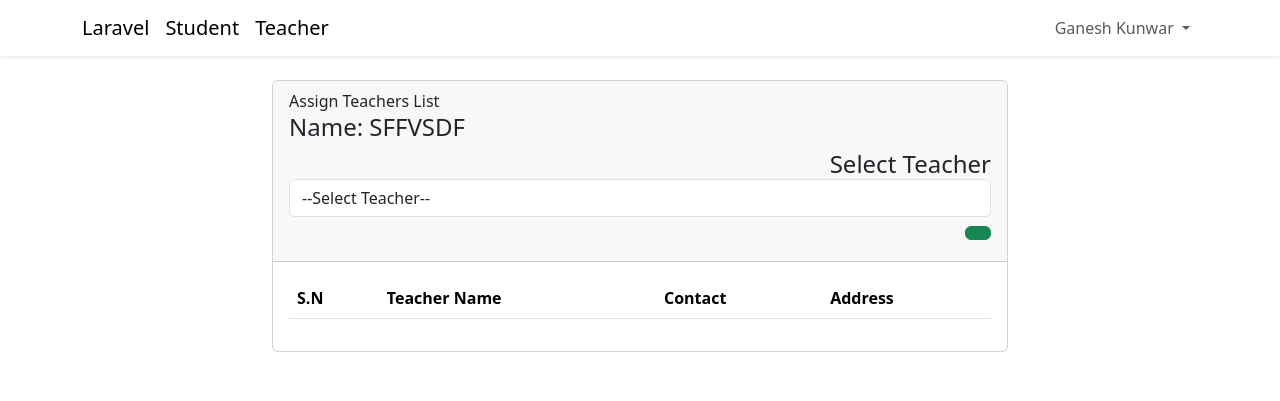
Repository: kunwarganesh07/Example
Page: http://localhost/assign/teachers/4
The author's editor kept a copy of each file at every save. The page is drawn from the files as they stood at one save, then again after the next save.
The browser window is 1280 px wide. The pictures show the whole page.
The page is served by the project's Laravel application, run on PHP 8.4 with Laravel 12. The first stored user is signed in. Other server files are loaded and not shown. The database holds what the project's SQL file puts in it.

Above is the page before, as saved 2025-11-19 14:53:12.

### routes/web.php
<?php


use App\Http\Controllers\HomeController;
use App\Http\Controllers\StudentController;
use App\Http\Controllers\TeacherController;
use Illuminate\Support\Facades\Auth;
use Illuminate\Support\Facades\Route;

Route::get('/', function () {
    return view('welcome');
});

Auth::routes();
Route::group(['middleware' => 'auth'], function () {
    Route::get('/home', [HomeController::class, 'index'])->name('home');
    Route::get('/student', [StudentController::class, 'index'])->name('student.index');
    Route::get('/student/create', [StudentController::class, 'create'])->name('student.create');
    Route::post('store', [StudentController::class, 'store'])->name('store');
    Route::put('update/{id}', [StudentController::class, 'update'])->name('students.update');
    Route::delete('delete/{id}', [StudentController::class, 'destroy'])->name('students.delete');

    Route::get('student/edit/{id}', [StudentController::class, 'edit'])->name('students.edit');
    Route::get('student/profile/{id}', [StudentController::class, 'profile'])->name('students.profile');
    Route::put('students/profileupdate', [StudentController::class, 'profileupdate'])->name('students.profileupdate');
    Route::get('student/fees/{id}', [StudentController::class, 'fees'])->name('students.fees');
    Route::get('pay/fees/{id}', [StudentController::class, 'pay'])->name('pay.fees');
    Route::post('fees/store', [StudentController::class, 'feesstore'])->name('fees.store');
    Route::get('assign/teachers/{id}', [StudentController::class, 'assignteacher'])->name('assign.teachers');






    Route::get('/teachers', [TeacherController::class, 'index'])->name('teachers.index');
    Route::get('/teachers/create', [TeacherController::class, 'create'])->name('teachers.create');
    Route::post('/teachers/store', [TeacherController::class, 'store'])->name('teachers.store');
});

### app/Http/Controllers/StudentController.php
<?php

namespace App\Http\Controllers;

use App\Models\Student;
use App\Models\StudentFees;
use App\Models\StudentProfile;
use App\Models\Teacher;
use Illuminate\Http\Request;

class StudentController extends Controller
{
    /**
     * Display a listing of the resource.
     */
    public function index()
    {
        // $student = Student::all();
        $student = Student::with('profile')->get();
        return view('student.index', compact('student'));
    }

    /**
     * Show the form for creating a new resource.
     */
    public function create()
    {
        return view('student.create');
    }

    /**
     * Store a newly created resource in storage.
     */
    public function store(Request $request)
    {
        // dd($request->all());

        $image = '';
        if ($request->hasFile('image')) {
            $image = time() . '.' . $request->image->extension();
            $request->image->move(public_path('upload/images'), $image);
        }

        $student = new Student();
        $student->name = $request->name;
        $student->contact = $request->contact;
        $student->address = $request->address;
        $student->image = $image;
        $student->save();
        return redirect()->route('student.index');
    }

    /**
     * Display the specified resource.
     */
    public function show(string $id)
    {
        //
    }

    /**
     * Show the form for editing the specified resource.
     */
    public function edit(string $id)
    {
        // dd($id);
        $student = Student::findOrfail($id);
        return view('student.edit', compact('student'));
    }

    /**
     * Update the specified resource in storage.
     */
    public function update(Request $request, string $id)
    {


        $data = Student::findOrfail($id);


        $image = $data->image;
        if ($request->hasFile('image')) {
            $image = time() . '.' . $request->image->extension();
            $request->image->move(public_path('upload/images'), $image);
        }


        $data->name = $request->name;
        $data->address = $request->address;
        $data->contact = $request->contact;
        $data->image = $image;
        $data->save();

        return redirect()->route('student.index');
    }

    /**
     * Remove the specified resource from storage.
     */
    public function destroy(string $id)
    {
        $data = Student::findOrfail($id);
        $data->delete();
        return redirect()->route('student.index');
        // dd('DELETE STUDENT');
    }

    public function profile($id)
    {
        $student = Student::findOrfail($id);
        return view('student.profile', compact('student'));
    }

    public function profileupdate(Request $request)
    {
        // dd($request->all());
        $data = new StudentProfile();
        $data->student_id = $request->student_id;
        $data->father_name = $request->father_name;
        $data->class = $request->class;
        $data->save();

        return redirect()->route('student.index');
    }

    public function fees($id)
    {
        // $fees = StudentFees::all();
        $student = Student::with('fees')->findOrFail($id);
        return view('student.fees', compact('student'));
    }
    public function pay($id)
    {
        $student = Student::findOrfail($id);
        return view('student.pay', compact('student'));
    }

    public function feesstore(Request $request)
    {
        // dd($request->all());
        $fees = new StudentFees();
        $fees->student_id = $request->student_id;
        $fees->amount = $request->amount;
        $fees->date = $request->date;
        $fees->message = $request->message;
        $fees->save();
        return redirect()->route('students.fees', $request->student_id);
    }

    public function assignteacher($id)
    {
        $teachers=Teacher::all();
        $data = Student::findOrfail($id);
        return view('student.assignteacher',compact('data','teachers'));
    }
}

### app/Models/Teacher.php
<?php

namespace App\Models;

use Illuminate\Database\Eloquent\Model;

class Teacher extends Model
{
    protected $fillable = ['name', 'address', 'contact'];
}

### app/Models/Student.php
<?php

namespace App\Models;

use Illuminate\Database\Eloquent\Model;

class Student extends Model
{
    protected $fillable = ['name', 'address', 'contact'];

    public function profile()
    {
        return $this->hasOne(StudentProfile::class);
    }

    public function fees()
    {
        return $this->hasMany(StudentFees::class);
    }
}

### resources/views/student/assignteacher.blade.php
@extends('layouts.app')

@section('content')
    <div class="container">
        <div class="row justify-content-center">
            <div class="col-md-8">
                <div class="card">
                    <div class="card-header">{{ __('Assign Teachers List') }}
                        <h4>Name: {{ $data->name }}</h4>
                        <h4 class="text-end">
                            <form action="" method="POST">
                                @csrf
                                <div class="form-group">
                                    <label for="">Select Teacher</label>
                                    <Select class="form-control">
                                        <option value="" selected disabled>--Select Teacher--</option>
                                        @foreach ($teachers as $teacher)
                                            <option value="{{ $teacher->id }}">{{ $teacher->name }}</option>
                                        @endforeach
                                    </Select>

                                    <button type="submit" class="btn btn-success"></button>
                                </div>
                            </form>
                        </h4>
                    </div>

                    <div class="card-body">
                        <table class="table">
                            <thead>
                                <th>S.N</th>
                                <th>Teacher Name</th>
                                <th>Contact</th>
                                <th>Address</th>
                            </thead>
                            <tbody>
                                {{-- @foreach ($student->fees as $data)
                                    <tr>
                                        <td>{{ $loop->iteration }}</td>
                                        <td>{{ $data->amount }}</td>
                                        <td>{{ $data['date'] }}</td>
                                        <td>{{ $data['message'] }}</td>

                                    </tr>
                                @endforeach --}}
                            </tbody>
                        </table>
                    </div>
                </div>
            </div>
        </div>
    </div>
@endsection

### resources/views/layouts/app.blade.php
<!doctype html>
<html lang="{{ str_replace('_', '-', app()->getLocale()) }}">

<head>
    <meta charset="utf-8">
    <meta name="viewport" content="width=device-width, initial-scale=1">

    <!-- CSRF Token -->
    <meta name="csrf-token" content="{{ csrf_token() }}">

    <title>{{ config('app.name', 'Laravel') }}</title>

    <!-- Fonts -->
    <link rel="dns-prefetch" href="//fonts.bunny.net">
    <link href="https://fonts.bunny.net/css?family=Nunito" rel="stylesheet">

    <link rel="stylesheet" href="https://cdn.jsdelivr.net/npm/bootstrap@5.3.8/dist/css/bootstrap.min.css">
    <script src="https://cdn.jsdelivr.net/npm/bootstrap@5.3.8/dist/js/bootstrap.bundle.min.js"></script>
    <!-- Scripts -->
    {{-- @vite(['resources/sass/app.scss', 'resources/js/app.js']) --}}
</head>

<body>
    <div id="app">
        <nav class="navbar navbar-expand-md navbar-light bg-white shadow-sm">
            <div class="container">
                @auth
                    <a class="navbar-brand" href="{{ url('/') }}">
                        {{ config('app.name', 'Laravel') }}
                    </a>
                    <a class="navbar-brand" href="{{ route('student.index') }}">
                        {{ 'Student' }}
                    </a>
                    <a class="navbar-brand" href="{{ route('teachers.index') }}">
                        {{ 'Teacher' }}
                    </a>
                @endauth
                <button class="navbar-toggler" type="button" data-bs-toggle="collapse"
                    data-bs-target="#navbarSupportedContent" aria-controls="navbarSupportedContent"
                    aria-expanded="false" aria-label="{{ __('Toggle navigation') }}">
                    <span class="navbar-toggler-icon"></span>
                </button>

                <div class="collapse navbar-collapse" id="navbarSupportedContent">
                    <!-- Left Side Of Navbar -->
                    <ul class="navbar-nav me-auto">

                    </ul>

                    <!-- Right Side Of Navbar -->
                    <ul class="navbar-nav ms-auto">
                        <!-- Authentication Links -->
                        @guest
                            @if (Route::has('login'))
                                <li class="nav-item">
                                    <a class="nav-link" href="{{ route('login') }}">{{ __('Login') }}</a>
                                </li>
                            @endif

                            @if (Route::has('register'))
                                <li class="nav-item">
                                    <a class="nav-link" href="{{ route('register') }}">{{ __('Register') }}</a>
                                </li>
                            @endif
                        @else
                            <li class="nav-item dropdown">
                                <a id="navbarDropdown" class="nav-link dropdown-toggle" href="#" role="button"
                                    data-bs-toggle="dropdown" aria-haspopup="true" aria-expanded="false" v-pre>
                                    {{ Auth::user()->name }}
                                </a>

                                <div class="dropdown-menu dropdown-menu-end" aria-labelledby="navbarDropdown">
                                    <a class="dropdown-item" href="{{ route('logout') }}"
                                        onclick="event.preventDefault();
                                                     document.getElementById('logout-form').submit();">
                                        {{ __('Logout') }}
                                    </a>

                                    <form id="logout-form" action="{{ route('logout') }}" method="POST" class="d-none">
                                        @csrf
                                    </form>
                                </div>
                            </li>
                        @endguest
                    </ul>
                </div>
            </div>
        </nav>

        <main class="py-4">
            @yield('content')
        </main>
    </div>
</body>

</html>

### example.sql (the tables this page reads)
CREATE TABLE `students` (
  `id` bigint(20) UNSIGNED NOT NULL,
  `name` varchar(255) NOT NULL,
  `contact` varchar(255) NOT NULL,
  `address` varchar(255) NOT NULL,
  `image` varchar(255) DEFAULT NULL,
  `created_at` timestamp NULL DEFAULT NULL,
  `updated_at` timestamp NULL DEFAULT NULL,
  `status` varchar(255) NOT NULL DEFAULT 'on'
) ENGINE=InnoDB DEFAULT CHARSET=utf8mb4 COLLATE=utf8mb4_unicode_ci;

INSERT INTO `students` (`id`, `name`, `contact`, `address`, `image`, `created_at`, `updated_at`, `status`) VALUES
(4, 'SFFVSDF', '4467446667', 'sdfsgrgfdg', '1763283119.png', '2025-11-16 03:06:59', '2025-11-16 03:13:44', 'on'),
(5, 'Keelie Swanson', 'Sit ab architecto ne', 'Anim sit aperiam ess', '1763369195.png', '2025-11-17 03:01:35', '2025-11-17 03:01:35', 'on'),
(6, 'Brenda Talley', 'Officiis fugit amet', 'Non quam cumque cons', '', '2025-11-19 03:49:50', '2025-11-19 03:49:50', 'on');

ALTER TABLE `students`
  ADD PRIMARY KEY (`id`);

ALTER TABLE `students`
  MODIFY `id` bigint(20) UNSIGNED NOT NULL AUTO_INCREMENT, AUTO_INCREMENT=7;

CREATE TABLE `teachers` (
  `id` bigint(20) UNSIGNED NOT NULL,
  `name` varchar(255) NOT NULL,
  `contact` varchar(255) NOT NULL,
  `address` varchar(255) NOT NULL,
  `created_at` timestamp NULL DEFAULT NULL,
  `updated_at` timestamp NULL DEFAULT NULL
) ENGINE=InnoDB DEFAULT CHARSET=utf8mb4 COLLATE=utf8mb4_unicode_ci;

INSERT INTO `teachers` (`id`, `name`, `contact`, `address`, `created_at`, `updated_at`) VALUES
(1, 'DFSDFF', '4467446667', 'Mumbai', '2025-11-13 03:58:11', '2025-11-13 03:58:11'),
(2, 'Quin Roberts', 'Ut nihil quod et nis', 'Elit inventore non', '2025-11-13 04:00:29', '2025-11-13 04:00:29'),
(3, 'Cassandra Merritt', 'Magnam dolores offic', 'Enim non et deleniti', '2025-11-13 05:17:44', '2025-11-13 05:17:44'),
(4, 'Donovan Knox', 'Autem rerum vitae ni', 'Minima id id officia', '2025-11-19 03:22:34', '2025-11-19 03:22:34');

ALTER TABLE `teachers`
  ADD PRIMARY KEY (`id`);

ALTER TABLE `teachers`
  MODIFY `id` bigint(20) UNSIGNED NOT NULL AUTO_INCREMENT, AUTO_INCREMENT=5;

CREATE TABLE `users` (
  `id` bigint(20) UNSIGNED NOT NULL,
  `name` varchar(255) NOT NULL,
  `email` varchar(255) NOT NULL,
  `email_verified_at` timestamp NULL DEFAULT NULL,
  `password` varchar(255) NOT NULL,
  `remember_token` varchar(100) DEFAULT NULL,
  `created_at` timestamp NULL DEFAULT NULL,
  `updated_at` timestamp NULL DEFAULT NULL
) ENGINE=InnoDB DEFAULT CHARSET=utf8mb4 COLLATE=utf8mb4_unicode_ci;

INSERT INTO `users` (`id`, `name`, `email`, `email_verified_at`, `password`, `remember_token`, `created_at`, `updated_at`) VALUES
(1, 'Ganesh Kunwar', 'ganeshkunwarnp2003@gmail.com', NULL, '$2y$12$zuws5i1jBM93zn91sRiEWu6/VYwOU5F1pitrW4ArYiTwxixQ1EUNK', NULL, '2025-11-12 03:30:40', '2025-11-12 03:30:40'),
(2, 'Ganesh Kunwar', 'ganeshkunwar2003@gmail.com', NULL, '$2y$12$a4HvYa1hWIEjIiB7NMkWe.LDoonRKvDYdmrJAjtLM3ArhlO4SN0ai', NULL, '2025-11-12 03:34:18', '2025-11-12 03:34:18');

ALTER TABLE `users`
  ADD PRIMARY KEY (`id`),
  ADD UNIQUE KEY `users_email_unique` (`email`);

ALTER TABLE `users`
  MODIFY `id` bigint(20) UNSIGNED NOT NULL AUTO_INCREMENT, AUTO_INCREMENT=3;

Loaded but not shown: app/Http/Controllers/Auth/ConfirmPasswordController.php (common file); app/Http/Controllers/Controller.php (common file); app/Models/User.php (common file)

After the next save:
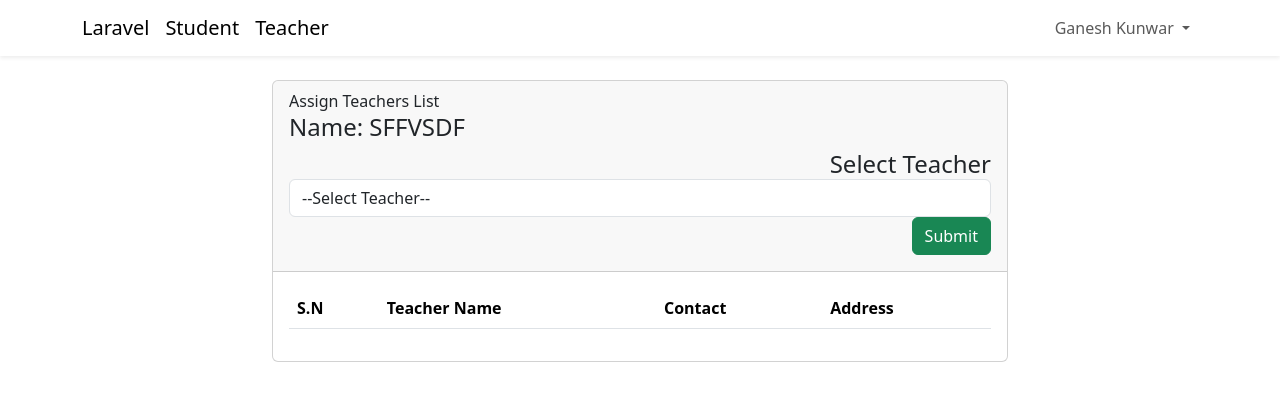
Saved 5 s later.
--- a/resources/views/student/assignteacher.blade.php
+++ b/resources/views/student/assignteacher.blade.php
@@ -19,7 +19,7 @@
                                         @endforeach
                                     </Select>
 
-                                    <button type="submit" class="btn btn-success"></button>
+                                    <button type="submit" class="btn btn-success">Submit</button>
                                 </div>
                             </form>
                         </h4>
